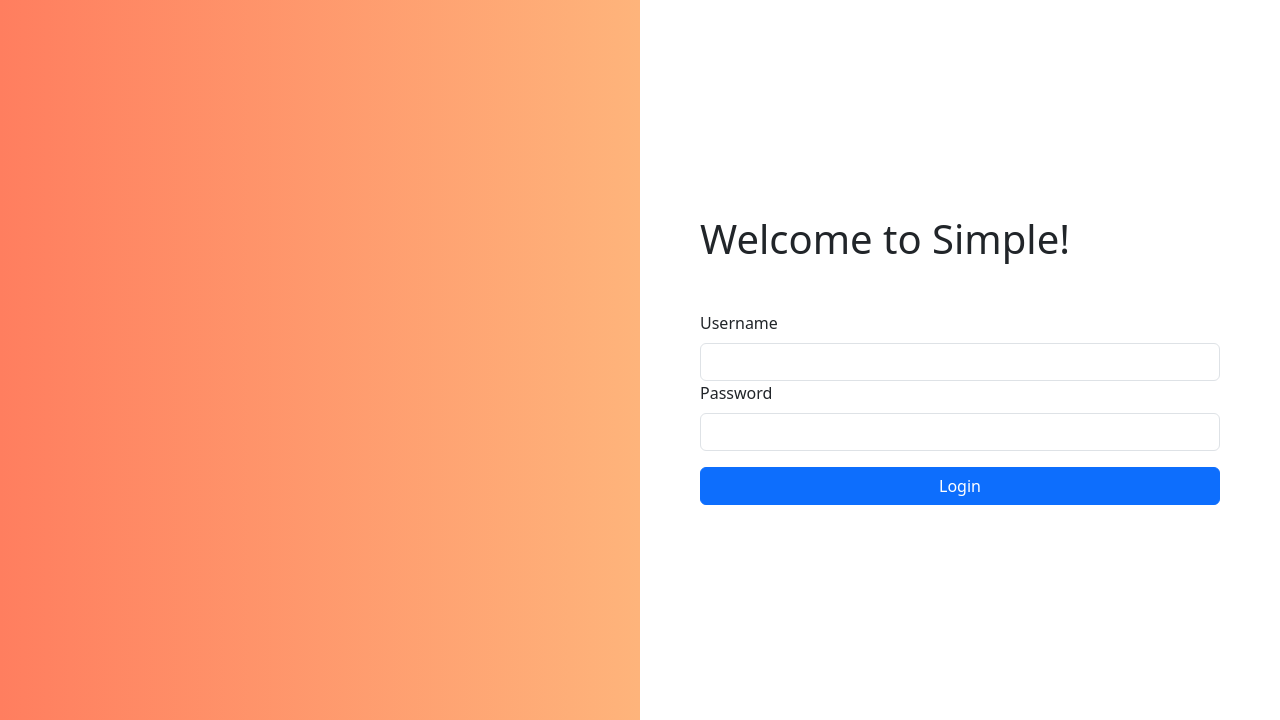
Repository: oboioz/SimpleTodoApp
Page: / (app in SimpleTodoAppFrontEnd/todo-app/)
These files come from the project's save history. The page is drawn as it stood at one moment and after the next save; the edit follows.
The browser window is 1280 px wide. The pictures show the whole page.
The project was rebuilt for these pictures with package versions that can differ from the ones it lists, and the page was loaded fresh each time.

Above is the page before, as saved 2024-04-03 20:37:21.

After the next save:
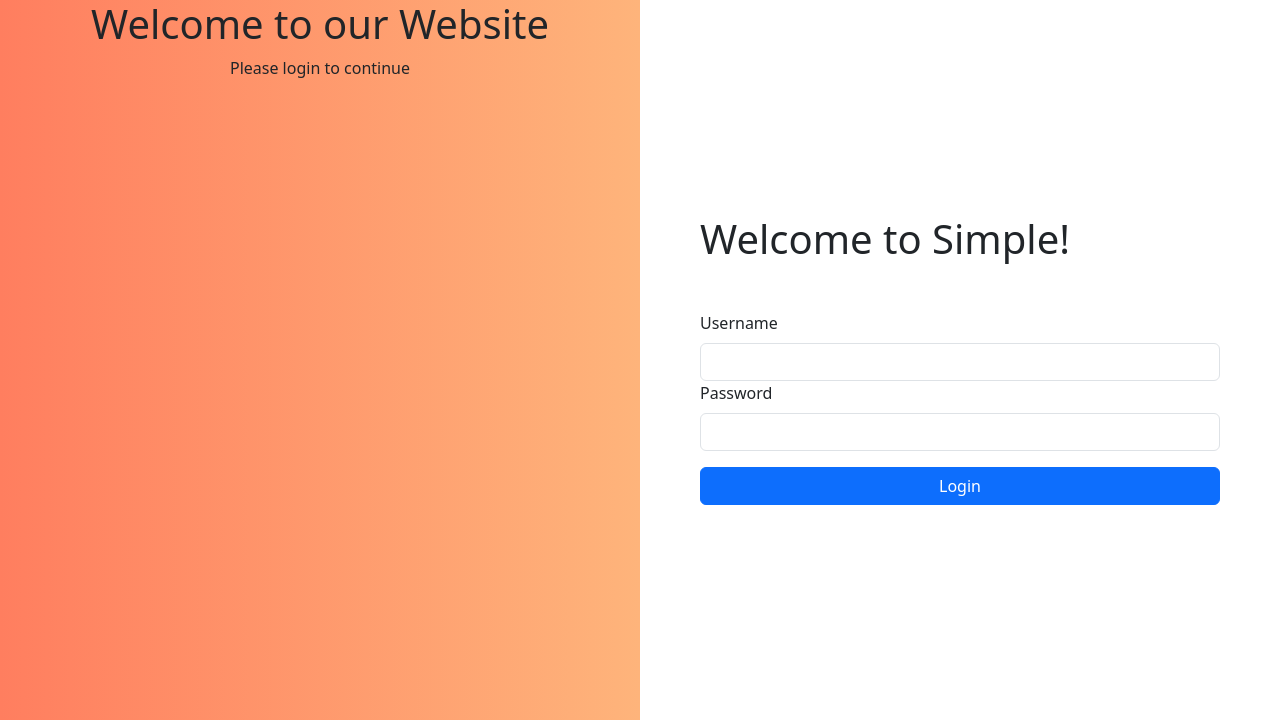
Saved 48 s later.
--- a/SimpleTodoAppFrontEnd/todo-app/src/components/todo/Login/LoginComponent.jsx
+++ b/SimpleTodoAppFrontEnd/todo-app/src/components/todo/Login/LoginComponent.jsx
@@ -7,7 +7,10 @@ function LoginComponent() {
         <div className="Login container-fluid">
             <div className="row align-items-center">
                 <div className="col gradient-background">
-
+                    <div className="content">
+                        <h1 className="text">Welcome to our Website</h1>
+                        <p className="text">Please login to continue</p>
+                    </div>
                 </div>
                 <div className="col">
 
